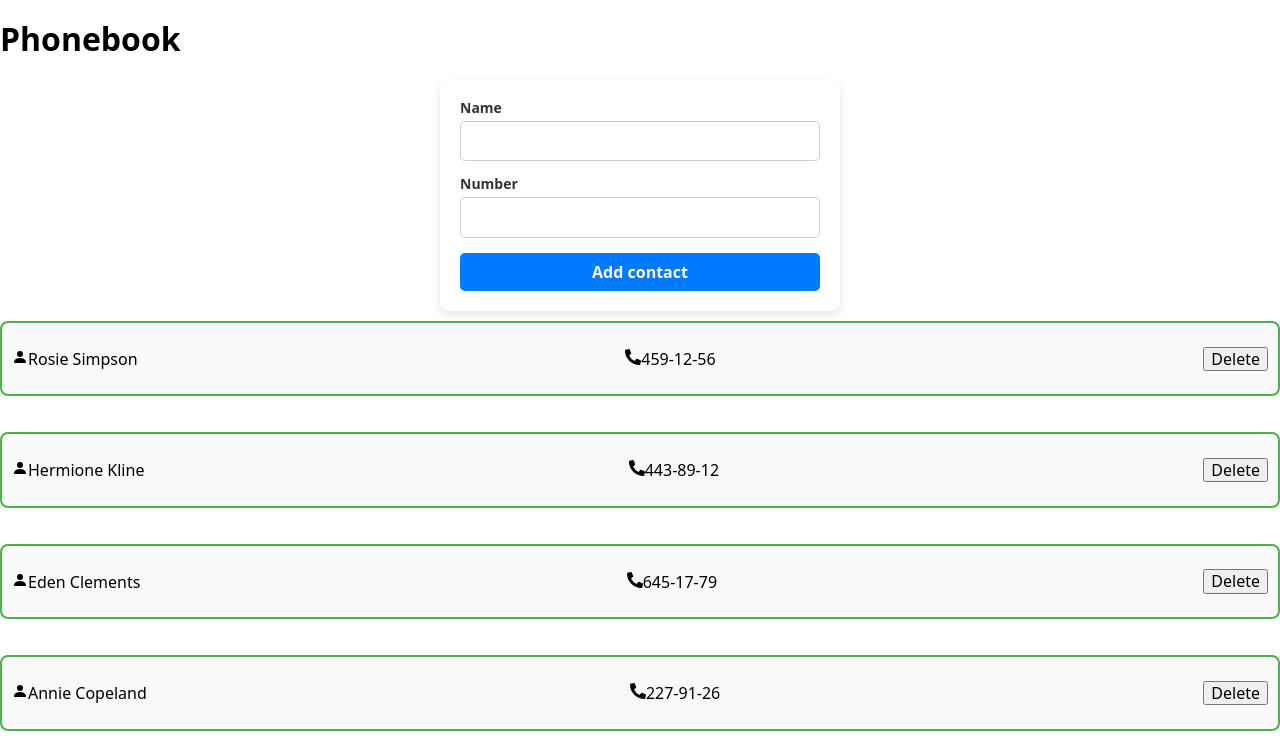
Repository: Evgeniya-Tishakova/goit-react-hw-03
Page: /
An editor plug-in stored every save of this project. The page is shown before and after the next save, followed by the edit.
The browser window is 1280 px wide. The pictures show the whole page.
The project was rebuilt for these pictures with package versions that can differ from the ones it lists, and the page was loaded fresh each time. Also part of the build but not shown: vite.config.js, src/index.css, src/components/App/App.module.css.

Above is the page before, as saved 2025-03-09 14:25:33.

### src/main.jsx
import { StrictMode } from "react";
import { createRoot } from "react-dom/client";
import "./index.css";
import App from "./components/App/App";
import "modern-normalize";

createRoot(document.getElementById("root")).render(
  <StrictMode>
    <App />
  </StrictMode>
);

### src/components/App/App.jsx
import { useState } from "react";
import { nanoid } from "nanoid";

import css from "./App.module.css";
import ContactForm from "../ContactForm/ContactForm";
import ContactList from "../ContactList/ContactList";

export default function App() {
  const [users, setUsers] = useState([
    { id: "id-1", name: "Rosie Simpson", number: "459-12-56" },
    { id: "id-2", name: "Hermione Kline", number: "443-89-12" },
    { id: "id-3", name: "Eden Clements", number: "645-17-79" },
    { id: "id-4", name: "Annie Copeland", number: "227-91-26" },
  ]);
  const [filterContacts, setFilterContacts] = useState("");

  const addUser = (newUser) => {
    setUsers((prevUsers) => {
      return [...prevUsers, newUser];
    });
  };

  const searchUsers = users.filter((user) => user.name.toLowerCase());

  return (
    <>
      <div className={css.container}>
        <h1 className={css.title}>Phonebook</h1>
        <ContactForm onAdd={addUser} />
        <ContactList users={users} />
      </div>
    </>
  );
}

### src/components/ContactForm/ContactForm.jsx
import { Formik, Form, Field, ErrorMessage } from "formik";
import css from "./ContactForm.module.css";
import * as Yup from "yup";
import { nanoid } from "nanoid";

const UserSchema = Yup.object().shape({
  name: Yup.string()
    .min(3, "Too Short!")
    .max(50, "Too Long!")
    .required("Required"),
  number: Yup.number()
    .min(3, "Too short")
    .max(50, "Too long")
    .required("Required"),
});

export default function ContactForm({ onAdd }) {
  const initialValues = {
    name: "",
    number: "",
  };

  const handleSubmit = (values, actions) => {
    console.log("handleSubmit", values);

    onAdd(values, (id = nanoid));
    actions.resetForm();
  };

  // const handleSubmit =(event) => {
  // event.preventDefault();
  //   onAdd({
  //     name: event.target.elements.name.value;
  //     number: event.target.elements.number.value;
  //   })
  // }

  return (
    <Formik
      initialValues={initialValues}
      onSubmit={handleSubmit}
      validation={UserSchema}
    >
      {(props) => (
        <Form className={css.form} onSubmit={props.handleSubmit}>
          <div className={css.container}>
            <label className={css.label}>Name</label>
            <Field className={css.input} type="text" name="name" />
            <ErrorMessage className={css.error} name="name" component="span" />
          </div>
          <div className={css.container}>
            <label className={css.label}>Number</label>
            <Field className={css.input} type="text" name="number" />
            <ErrorMessage
              className={css.error}
              name="number"
              component="span"
            />
          </div>

          <button className={css.button} type="submit">
            Add contact
          </button>
        </Form>
      )}
    </Formik>
  );
}

### src/components/ContactList/ContactList.jsx
import css from "./ContactList.module.css";
import Contact from "../Contact/Contact";

export default function ContactList({ users }) {
  return (
    <ul className={css.list}>
      {users.map((user) => (
        <li className={css.item}>
          <Contact
            key={user.id}
            name={user.name}
            number={user.number}
            onDelete={user.onDelete}
          />
        </li>
      ))}
    </ul>
  );
}

### src/components/ContactForm/ContactForm.module.css
.form {
    display: flex;
    flex-direction: column;
    align-items: center;
    gap: 15px;
    background-color: #fff;
    padding: 20px;
    border-radius: 8px;
    box-shadow: 0 4px 8px rgba(0, 0, 0, 0.1);
    max-width: 400px;
    margin: 0 auto;
}

.container {
    display: flex;
    flex-direction: column;
    width: 100%;
}


.label {
    font-size: 14px;
    font-weight: 600;
    color: #333;
    margin-bottom: 5px;
}

.input {
    width: 100%;
    padding: 10px;
    border: 1px solid #ccc;
    border-radius: 5px;
    font-size: 16px;
    transition: border 0.3s ease;
}

.input:focus {
    border-color: #007bff;
    outline: none;
}

.button {
    width: 100%;
    padding: 10px;
    background-color: #007bff;
    color: white;
    font-size: 16px;
    font-weight: bold;
    border: none;
    border-radius: 5px;
    cursor: pointer;
    transition: background 0.3s ease;
}

.button:hover {
    background-color: #0056b3;
}

.button:active {
    background-color: #004494;
}


.error {
    font-size: 14px;
    color: orangered;
}

### src/components/ContactList/ContactList.module.css
.list {
    margin: 0;
    padding: 0;
    display: flex;
    flex-direction: column;
    gap: 16px;
}

.item {
    border: 2px solid #4caf50;
    border-radius: 8px;
    padding: 10px;
    margin: 10px 0;
    display: flex;
    justify-content: space-between;
    align-items: center;
    background-color: #f9f9f9;
}

.item:hover {
    background-color: #e8f5e9;
}

### src/components/Contact/Contact.jsx
import css from "./Contact.module.css";
import { BsPersonFill } from "react-icons/bs";
import { FaPhoneAlt } from "react-icons/fa";

export default function Contact({ name, number, onDelete }) {
  return (
    <>
      <p className={css.text}>
        <BsPersonFill />
        {name}
      </p>
      <p className={css.text}>
        <FaPhoneAlt />
        {number}
      </p>
      <button className={css.button} onClick={onDelete}>
        Delete
      </button>
    </>
  );
}

### src/components/Contact/Contact.module.css
.text {
    max-width: 600px;
    list-style: none;
}

Loaded but not shown: index.html (common file)

After the next save:
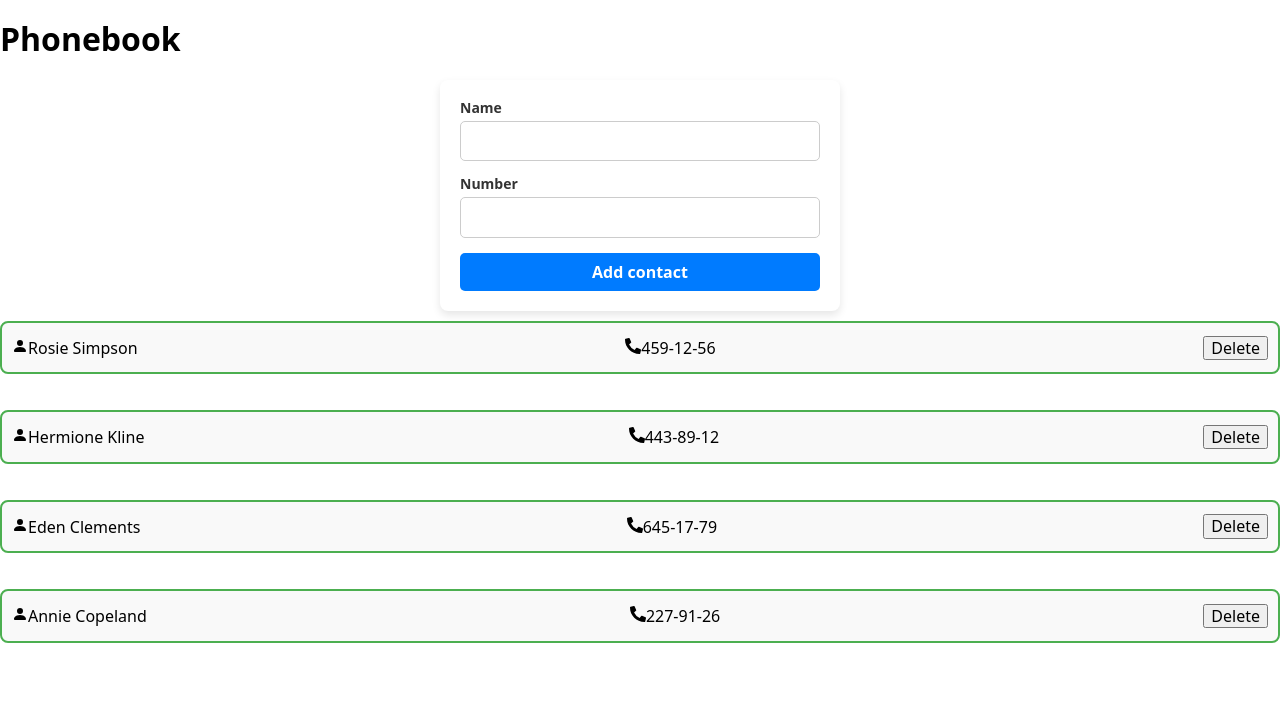
Saved 11 s later.
--- a/src/components/Contact/Contact.module.css
+++ b/src/components/Contact/Contact.module.css
@@ -1,4 +1,4 @@
 .text {
-    max-width: 600px;
-    list-style: none;
+    margin: 5px 0;
+
 }
